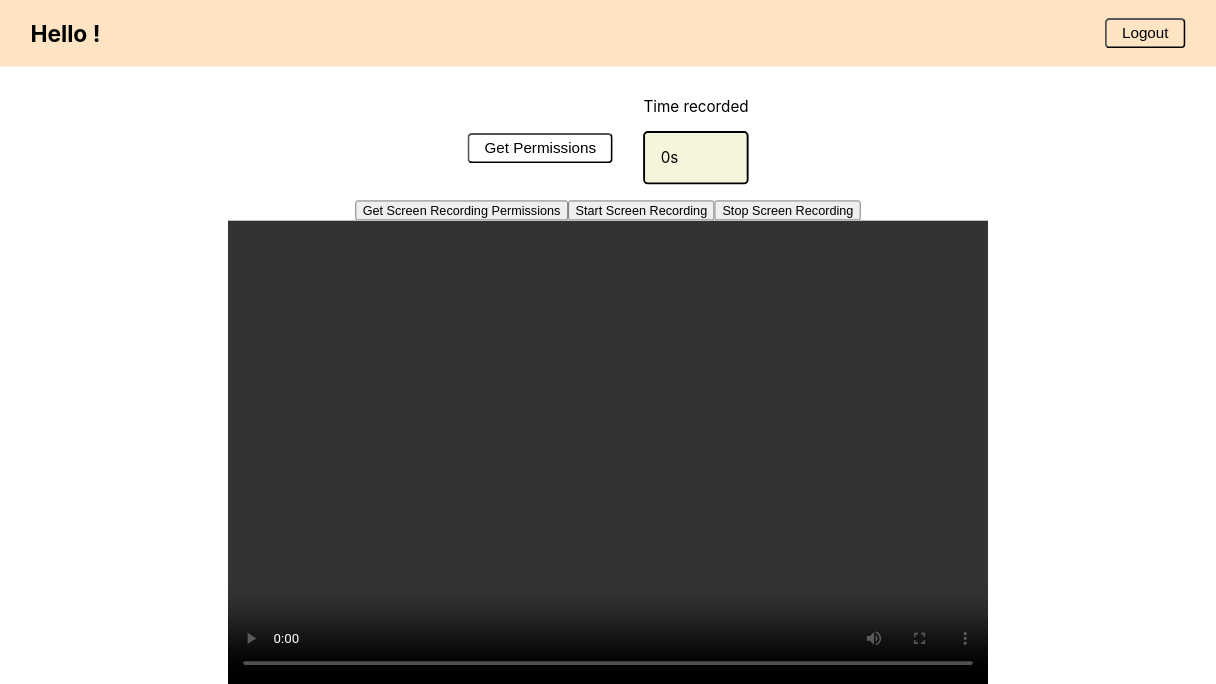
Repository: drumsmanku/test-1
Page: /recording (app in client/)
These files come from the project's save history. The page is drawn as it stood at one moment and after the next save; the edit follows.
The browser window is 1280 px wide. The pictures show the whole page, at 95% of full size.
The project was rebuilt for these pictures with package versions that can differ from the ones it lists, and the page was loaded fresh each time. Also part of the build but not shown: client/src/App.css, client/src/Components/Login/Login.module.css, client/src/Components/Login/Login.js, client/src/Components/Register/Register.module.css, client/src/Components/Register/Register.js.

Above is the page before, as saved 2023-08-31 21:18:34.

After the next save:
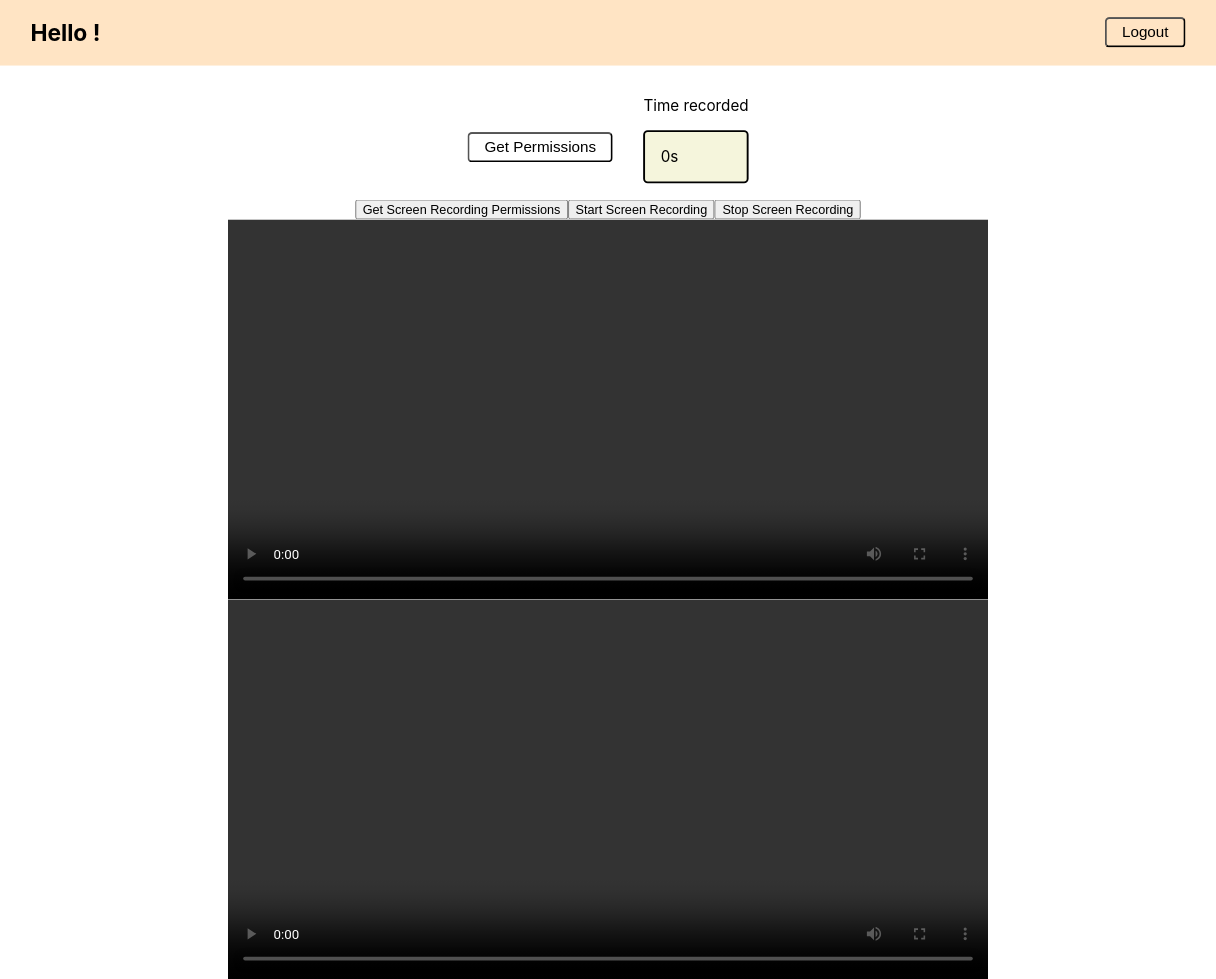
Saved 59 s later.
--- a/client/src/Components/Recording/Recording.js
+++ b/client/src/Components/Recording/Recording.js
@@ -97,17 +97,18 @@ const startScreenRecording = () => {
 
 const stopScreenRecording = async () => {
   if (screenMediaRecorder) {
-      screenMediaRecorder.stop();
-      screenMediaRecorder.stream.getTracks().forEach(track => track.stop());
+    screenMediaRecorder.stop();
+    screenMediaRecorder.stream.getTracks().forEach(track => track.stop());
 
-      const blob = new Blob(chunksRef.current, { type: 'video/webm' });
-      const url = URL.createObjectURL(blob);
+    const blob = new Blob(chunksRef.current, { type: 'video/webm' });
+    const url = URL.createObjectURL(blob);
 
-      const videoElement = document.getElementById('videoPlayback');
-      videoElement.src = url;
-      chunksRef.current = [];
+    const screenVideoElement = document.getElementById('screenPlayback');
+    screenVideoElement.src = url;
+    chunksRef.current = [];
   }
 };
+
 
 
 
@@ -137,6 +138,7 @@ const stopScreenRecording = async () => {
           <button onClick={stopScreenRecording}>Stop Screen Recording</button>
       </div>
       <video height={500} width={800} id="videoPlayback" controls autoplay></video>
+      <video height={500} width={800} id="screenPlayback" controls autoplay></video>
 
     </div>
   )
